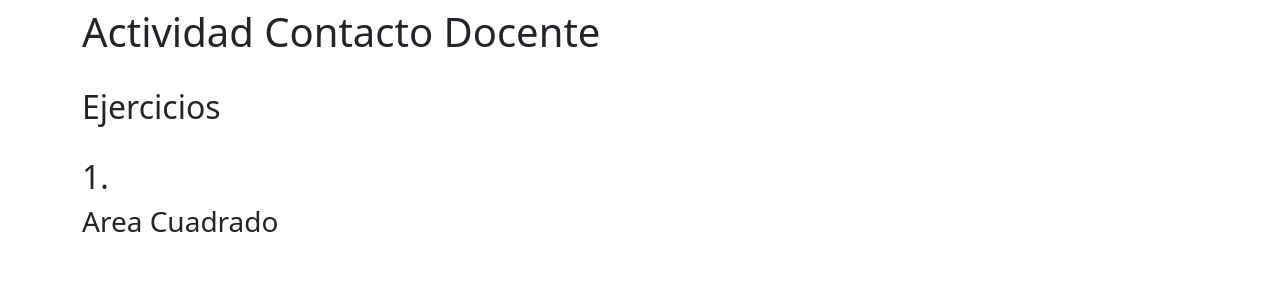
Repository: Jchimbo99/Actvidad1
Page: / (app in typescript-actividad/)
The author's editor kept a copy of each file at every save. The page is drawn from the files as they stood at one save, then again after a run of saves.
The browser window is 1280 px wide. The pictures show the whole page.
The project was rebuilt for these pictures with package versions that can differ from the ones it lists, and the page was loaded fresh each time. Also part of the build but not shown: typescript-actividad/vite.config.ts.

Above is the page before, as saved 2025-01-22 20:28:30.

After the next 2 saves:
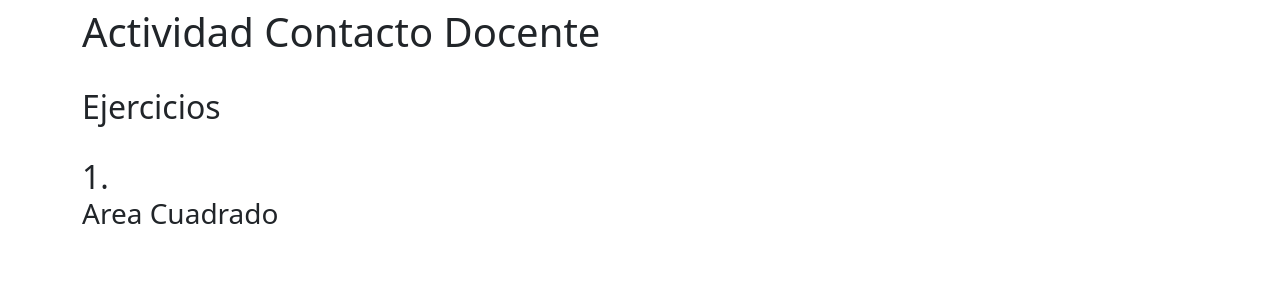
The 2 saves are shown as one change because they came seconds apart.
The last was saved 13 s later.
--- a/typescript-actividad/src/App.tsx
+++ b/typescript-actividad/src/App.tsx
@@ -8,8 +8,8 @@ export const App = () => {
       <br />
       <h2>Ejercicios</h2>
       <br />
-      <h2>1.</h2>
-      <AreaCuadrado/>
+      <h2>1.<AreaCuadrado/></h2>
+
       </div>
   )
 }
